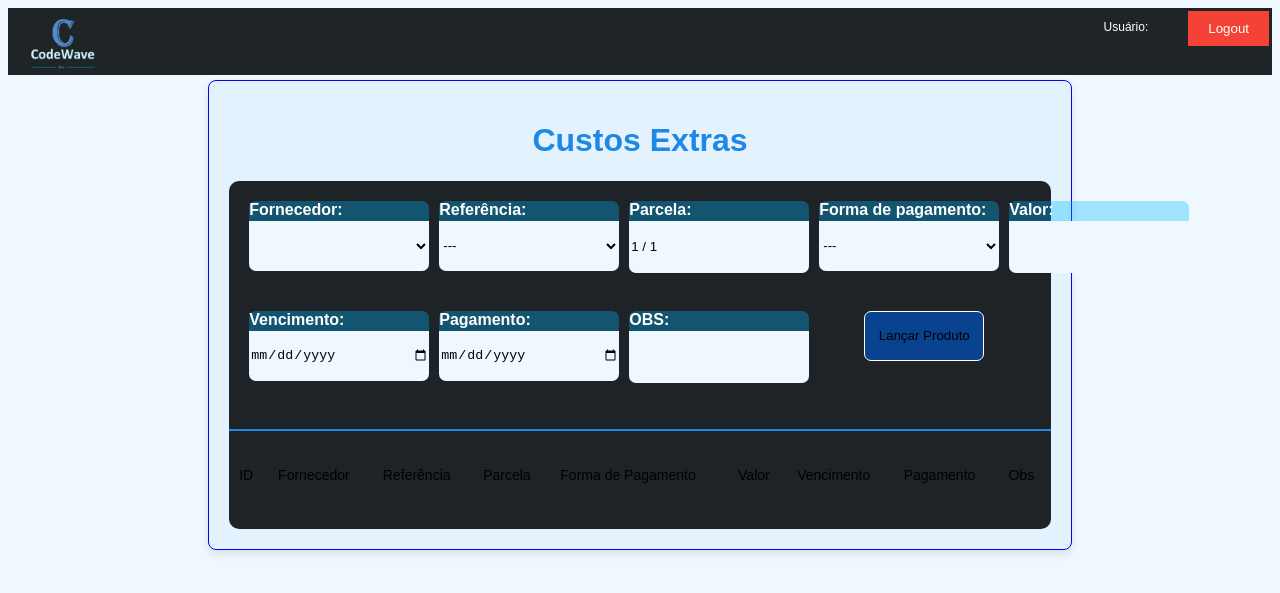
Repository: Romario-Brandao/CodeWave
Page: myproject/loja/templates/outras_despesas.html
These files come from the project's save history. The page is drawn as it stood at one moment and after the next save; the edit follows.
The browser window is 1280 px wide. The pictures show the whole page.
The template is drawn by Django 5.2. The application's start-up code is not run. Other server files are loaded and not shown. The template is opened directly, without the code that normally fills it, so the values that code supplies are empty.

Above is the page before, as saved 2025-03-01 01:31:31.

### myproject/loja/templates/outras_despesas.html
{% extends 'base.html' %} {% load static %} {% block body %}

<div class="form_fornecedor" style="width: 65%;">
  <h1>Custos Extras</h1>
  <div class="div_pai_custos_extras">
    <div style="display: flex;">
      <div class="caixas_barra_pesquisa_total">
        <h4 class="nome_caixa_item_parcelas">Fornecedor:</h4>
        <select name="fornecedor" class="caixa4">
          <option value=""></option>
          {% for item in fornecedores %}
          <option value="{{item.id}}">{{item.nome}}</option>
          {% endfor %}
        </select>
      </div>
      <div class="caixas_barra_pesquisa_total">
        <h4 class="nome_caixa_item_parcelas">Referência:</h4>
        <select name="forma_pg" class="caixa4" required>
          <option value="">---</option>
        <option value="AGUA">Água</option>
        <option value="CONTADOR">Contador</option>
        <option value="ENERGIA">Energia</option>
        <option value="INTERNET">Internet</option>
        <option value="SISTEMA ERP">Sistema ERP</option>
        <!-- <option value="ENERGIA"></option> -->
        </select>
      </div>
      <div class="caixas_barra_pesquisa_total">
        <h4 class="nome_caixa_item_parcelas">Parcela:</h4>
        <input type="text" name="parcela" class="caixa2_parcelas" value="1 / 1">
      </div>
      <div class="caixas_barra_pesquisa_total">
        <h4 class="nome_caixa_item_parcelas">Forma de pagamento:</h4>
        <select name="forma_pg" class="caixa4" required>
          <option value="">---</option>
          <option value="BOLETO">Boleto</option>
          <option value="C.CREDITO">C.Crédito</option>
          <option value="C.DEBITO">C.Débito</option>
          <option value="DINHEIRO">Dinheiro</option>
          <option value="PIX / TRANSFERENCIA">PIX / Transferência</option>
        </select>
      </div>
      <div class="caixas_barra_pesquisa_total">
        <h4 class="nome_caixa_item_parcelas">Valor:</h4>
        <input class="caixa2_parcelas" required name="valor" type="text" value="{{ valor_parcela }}" oninput="this.value=this.value.replace(/[^0-9,]/g, '').replace(/(,.*?)(,.*)/, '$1').replace(/(\d+),(\d{2})(\d.*)/, '$1,$2')">
      </div>
    </div>
    <div style="display: flex;">
      <div class="caixas_barra_pesquisa_total">
        <h4 class="nome_caixa_item_parcelas">Vencimento:</h4>
        <input class="caixa2_parcelas widht_data" required name="vencimento" type="date">
      </div>
      <div class="caixas_barra_pesquisa_total">
        <h4 class="nome_caixa_item_parcelas">Pagamento:</h4>
        <input class="caixa2_parcelas widht_data" name="pagamento" type="date"
        name="vencimento">
      </div>
      <div class="caixas_barra_pesquisa_total">
        <h4 class="nome_caixa_item_parcelas">OBS:</h4>
        <input class="caixa2_parcelas" type="text" name="obs"
        name="obs">
      </div>
      <div class="caixa_botoes">
        <input class="butao_servico" type="submit" name="acao" value="Lançar Produto">
      </div>
    </div>
    <hr>
    <br>
    <table>
      <tbody>
        <tr>
          <td>ID</td>
          <td>Fornecedor</td>
          <td>Referência</td>
          <td>Parcela</td>
          <td>Forma de Pagamento</td>
          <td>Valor</td>
          <td>Vencimento</td>
          <td>Pagamento</td>
          <td>Obs</td>
        </tr>
      </tbody>
    </table>
    <br><br>
  </div>
</div>


{% endblock %}

### myproject/loja/templates/base.html
{% load static %}
<!DOCTYPE html>
<html lang="pt-br">
  <head>
    <meta charset="UTF-8" />
    <meta name="viewport" content="width=device-width, initial-scale=1.0" />
    <title>"NOME DA EMPRESA"</title>
    <link rel="stylesheet" type="text/css" href="{% static 'css/main.css' %}" />
    <link rel="preconnect" href="https://fonts.googleapis.com" />
    <link rel="preconnect" href="https://fonts.gstatic.com" crossorigin />

    <link
      href="https://fonts.googleapis.com/css2?family=Inter:wght@400;700&display=swap"
      rel="stylesheet"
    />
  </head>
  <body>
    <div class="espaco_logo">
      <a class="imagem_logo" href="{% url 'menu' %}">
        <img src="{% static 'imagens/logo.jpeg' %}" alt="Logo" width="70px" />

        <!-- <img src="static/imagens/logo.jpeg" alt="Logo" width="70px" /> -->
      </a>
      <p class="nome_do_usuario">Usuário: {{ nome_usuario }}</p>
      <form method="POST" action="{% url 'logout' %}">
        {% csrf_token %}
        <button class="btn-logout" type="submit">Logout</button>
      </form>
    </div>

    {% block body %} {% endblock %}
  </body>
  <script>
    function applyPhoneMask(input) {
        // Remove tudo que não é número
        let value = input.value.replace(/\D/g, '');

        // Aplica a máscara (00) 0 0000-0000
        value = value.replace(/^(\d{2})(\d)/, '($1) $2');    // Coloca os parênteses e espaço
        value = value.replace(/(\d{1})(\d{4})(\d{4})$/, '$1 $2-$3'); // Coloca o espaço e traço

        // Atualiza o valor do campo
        input.value = value;
    }
  </script>
  <script>
    let isSubmitting = false;

    function preventMultipleSubmissions(form) {
      if (isSubmitting) {
        alert("O formulário já está sendo enviado. Aguarde...");
        return false;
      }
      isSubmitting = true;
      return true;
    }
  </script>
</html>

### myproject/static/css/main.css
.body_caixa {
  background-color: #09428e;
  background-color: rgba(1, 5, 8, 0.871);
  width: 1450px;
  height: 100%;
  margin: 50px 0 0 60px;
}

.caixa,
.sub_valor,
.forma_pg_valor {
  background-color: rgb(255, 255, 255);
}

.nome_caixa_item,
.nome_caixa_pg,
.titulos_lista_produtos,
.sub,
.forma_pg {
  color: rgb(255, 255, 255);
  background-color: rgba(0, 183, 255, 0.336);
}

/*  */
.cabecalho {
  background-color: blue;
  color: white;
  /* Adicione esta linha se quiser que o texto dentro do cabeçalho fique branco */
  padding: 2px;
  /* Adicione algum preenchimento para melhorar a aparência */
  display: flex;
}

.ferramentas {
  height: 83px;
  width: 200px;
  margin: 0 0 0 400px;
}

/*  */

.barra_pesquisa {
  display: flex;
  padding: 0 0 0 -10px;
}

/*  */
/*  */

.item_ferramenta {
  margin: 10px 0 0 0;
  background-color: blue;
  border-radius: 3px;
  text-align: center;
  height: 50px;
  width: 100px;
  border-radius: 7px;
  border: 1px solid black;
  color: aliceblue;
}

/*  */

.caixa_item {
  margin: 0 0 0 20px;
}

.caixa_item_compra {
  margin: 0 0 0 40px;
}

.caixa_item1 {
  margin: 0 0 0 0;
}

.sub_pg {
  display: flex;
}

.nome_caixa_item {
  border-radius: 7px 7px 0 0;
  height: 20px;
  width: 250px;
  margin: 0;
}

.caixa1 {
  border: 0;
  width: 250px;
  height: 50px;
  border-radius: 0 0 7px 7px;
  background-color: aliceblue;
  margin-top: 0;
}



.caixa_data {
  border: 0;
  width: 249px;
  height: 50px;
  border-radius: 0 0 7px 7px;
  background-color: aliceblue;
  margin-top: 0;
}

.caixa2 {
  border: 0;
  width: 246px;
  height: 50px;
  border-radius: 0 0 7px 7px;
  background-color: aliceblue;
  margin-top: 0;
}

.tamanho_cod_produto {
  width: 126px;
  height: 49px;
  margin: 0 20px 0 0;
}

.tamanho_cod_produto2 {
  width: 130px;
  margin: 0 20px 0 0;
}

.tamanho_cod_produto3 {
  margin: 0 -70px 0 80px;
}

.caixas_barra_pesquisa {
  width: 200px;
  height: 100px;
  margin: 0 0 10px 75px;
  border: 0;
}

.caixas_barra_pesquisa2 {
  width: 200px;
  height: 100px;
  margin: 0 0 10px 40px;
  border: 0;
}

.caixas_barra_pesquisa_excuir {
  width: 215px;
  height: 100px;
  margin: 0 60px 0 10px;
  border: 0;
}

.espacamento_caixa_excluir_compra {
  margin-left: 430px;
}

.caixa_botoes {
  margin: 0 0 0 70px;
}

.botao_caixa {
  width: 70px;
  height: 50px;
  border: 1px solid blue;
  margin: 0 0 0 10px;
  background-color: rgb(25, 0, 255);
  border-radius: 7px;
  color: #ffffff;
}

/*  */

.tela_principal {
  display: flex;
}

/*  */

.caixa_item_2 {
  margin: 0 10px 20px 0;
}

.caixa_item_3 {
  margin: 0 0 20px 70px;
}

.excluir_item {
  margin: 20px 0 0 7px;
}

.excluir_item {
  margin: 20px 0 0 70px;
}

.titulos_lista_produtos {
  background-color: rgba(0, 17, 255, 0.596);
  /* text-align: justify; */
  text-align: center;
  height: 20px;
  width: 100%;
  margin: 0;
  border-radius: 5px 5px 0 0;
}

.resumo_caixa {
  border-radius: 7px;
  margin: 0 0 0 5px;
  width: 990px;
  height: 343px;
  background-color: rgb(255, 255, 255);
  overflow-y: auto;
}

.resumo_caixa2 {
  margin: 0 0 0 -780px;
}

.resumo_caixa3 {
  border-radius: 7px;
  margin: 0 0 0 5px;
  width: 830px;
  height: 343px;
  background-color: rgb(255, 255, 255);
  overflow-y: auto;
}

.div_excluir_servico {
  display: flex;
  margin: 0 0 0 600px;
}

.sub {
  width: 290px;
  margin: 21px 10px 0 620px;
  border-radius: 7px 7px 0 0;
}

.sub_valor {
  width: 290px;
  height: 49px;
  margin: 0 10px 0 620px;
  border-radius: 0 0 7px 7px;
}

.forma_pg {
  width: 290px;
  margin: 21px 10px 0 10px;
  border-radius: 7px 7px 0 0;
}

.forma_pg_valor {
  width: 290px;
  height: 49px;
  margin: 0 80px 0 10px;
  border-radius: 0 0 7px 7px;
}

.butao_excluir_servico {
  width: 120px;
  height: 50px;
  border-radius: 7px;
  background-color: #8e091b;
  border: 1px solid white;
}

.butao_excluir_servico:hover {
  background-color: #be0b0bd2;
  border: none;
  color: white;
  cursor: pointer;
}

.finalizar_compra {
  margin: 0 0 0 10px;
}

.butao_excluir_servico1 {
  margin: 0 0 0 20px;
}

.butao_servico {
  width: 120px;
  height: 50px;
  border-radius: 7px;
  background-color: #09428e;
  border: 1px solid white;
}

.butao_servico:hover {
  background-color: #0b59be;
  border: none;
  color: white;
  cursor: pointer;
}

.botao_cadastrar_produtos,
.botao_laterar_produtos {
  display: flex;
}

.botao_adicionar {
  margin: 20px 0 0 20px;
  height: 35px;
}

.titulo_cadastro {
  display: flex;
}

tbody th {
  font-weight: normal;
  /* Remove o negrito */
  font-family: Arial, sans-serif;
  /* Altere para a fonte desejada */
  font-size: 14px;
}

.cabec_rel_prod {
  /* font-weight: normal; */
  /* Remove o negrito */
  font-family: Arial, sans-serif;
  /* Altere para a fonte desejada */
  font-size: 13px;
}

.font_rel_est {
  font-weight: normal;
  /* Caso existam células <td>, remova o negrito também */
  font-family: Arial, sans-serif;
  /* Altere para a fonte desejada */
  font-size: 11px;
}

tbody td {
  font-weight: normal;
  /* Caso existam células <td>, remova o negrito também */
  font-family: Arial, sans-serif;
  /* Altere para a fonte desejada */
  font-size: 14px;
}

table {
  width: 100%;
  border-collapse: collapse;
}

th,
td {
  /* border: 1px solid black;
  padding: 8px; */
  text-align: left;
}

tr:nth-child(even) {
  background-color: #add8e6;
  /* Cor azul claro */
}

.bloco_filtro {
  margin: 0 50px 20px 10px;
  border-left: 1px solid rgb(248, 3, 3);
}

.itens_bloco_filtro {
  margin: 0 0 0 10px;
}

.bloco_cad_prod,
.bloco_alt_prod {
  border: 1px solid blue;
  height: 400px;
  width: 500px;
  padding: 20px;
  margin: 0 20px 0 0;
  border-radius: 7px;
}

.tabela {
  margin-bottom: 0;
}

body {
  font-family: Arial, sans-serif;
  background-color: #f0f8ff;
}

.form_fornecedor {
  width: 50%;
  margin: auto;
  border: 1px solid blue;
  background-color: #e3f2fd;
  border-radius: 8px;
  padding: 20px;
  box-shadow: 0px 4px 8px rgba(0, 0, 0, 0.1);
}

h1 {
  text-align: center;
  color: #1e88e5;
}

hr {
  border: 1px solid #1e88e5;
}

.table_fornecedor {
  width: 100%;
  margin-bottom: 20px;
  border-spacing: 10px;
  /* Espaço entre células */
}

td {
  padding: 10px;
}

.label_for {
  font-weight: bold;
  color: #1565c0;
}

.input_cad_cli_for {
  width: 500px;
  padding: 10px;
  border: 1px solid #64b5f6;
  border-radius: 4px;
  background-color: #ffffff;
  font-size: 14px;
}

.input_cad_cli_for_select {
  width: 523px;
}

textarea.input_cad_cli_for {
  resize: none;
}

.input_cad_cli_for:focus {
  border-color: #1e88e5;
  outline: none;
}

.btn_submit_for {
  background-color: #1e88e5;
  color: white;
  padding: 10px 20px;
  border: none;
  border-radius: 4px;
  cursor: pointer;
  display: block;
  margin: 20px auto;
}

.btn_submit_for:hover {
  background-color: #1565c0;
}

.quant_vend_ult_d {
  border: 0;
  font-weight: bold;
  font-size: 12px;
  background-color: None;
}

.finalizar_excluir_item_compra {
  margin: -30px 0 0 585px;
}

.espaco_logo {
  display: flex;
  background-color: rgba(1, 5, 8, 0.871);
  width: 100%;
  margin: 0 0 5px 0;
}

.imagem_logo {
  margin: 0 0 0 20px;
}

.nome_do_usuario {
  /* align-items: end; */
  color: #ffffff;
  margin-left: auto;
  padding: 0 40px 0 0;
  font-size: 12px;
}

.menu {
  border: 1px solid black;
  border-radius: 7px;
  align-items: baseline;
  height: 560px;
  width: 400px;
  margin: 60px 0 0 200px;
  padding: 20px 10px 0 20px;
  background-color: rgba(1, 5, 8, 0.871);

}

.menu2 {
  max-height: 480px;
  /* Define a altura máxima para a div menu2 */
  overflow-y: auto;
  /* Ativa a barra de rolagem vertical apenas para menu2 */
  scrollbar-width: none;
  /* Remove a barra visível no Firefox */
  -ms-overflow-style: none;
  /* Remove a barra no IE e Edge */
}

.menu2::-webkit-scrollbar {
  display: none;
  /* Remove a barra de rolagem nos navegadores WebKit */
}

.link_menu {
  text-decoration: none;
  color: #ffffff;
  display: inline-block;
  /* Permite que o background preencha o espaço */
  transition: background-color 0.2s;
  /* Suaviza a transição de cor */
  width: 100%;
  height: 30px;
  /* padding: 1px 0 0 2px; */
}

.link_menu:hover,
a:active,
a:focus {
  text-decoration: none;
  /* Mantém o sublinhado removido mesmo ao passar o mouse ou focar */
  color: inherit;
  /* Mantém a cor ao passar o mouse ou focar */
}

.link_menu:hover {
  background-color: #ffffff;
  /* Define a cor de fundo ao passar o mouse */
  border-radius: 5px;
}

.resumo_contas_pag_rec {
  border-right: 1px solid red;
  margin: 0 10px 0 0;
  padding: 0 10px 0 0;
}

.btn-logout {
  background-color: #f44336;
  color: white;
  border: none;
  padding: 10px 20px;
  cursor: pointer;
  margin: 3px 3px 0 0;
}

.btn-logout:hover {
  background-color: #d32f2f;
}

.body {
  text-align: center;
  /* background: linear-gradient(to bottom, rgb(0, 217, 255) 50%, rgb(17, 0, 255) 100%); */
  background: linear-gradient(to bottom, #011b4d 40%, #f70202 190%);
  /* background: linear-gradient(to bottom, #001845 50%, #000 100%); */
  overflow: hidden;
  height: 100vh;
  margin: 0;
  position: relative;
}

.login {
  border: solid 3px rgb(248, 61, 4);
  margin: 60px 0 200px 200px;
  padding: 50px;
  border-radius: 20px;
  width: 300px;
  text-align: left;
  color: white;
}

.login h1 {
  color: rgb(3, 248, 3);
  /* Define a cor verde clara para o título "Login" */
}

.login,
.input_login,
.hr_login {
  margin-bottom: 20px;
  /* Adiciona espaçamento abaixo do <hr> */
}

.titulo {
  text-align: center;
}

.label_login {
  display: block;
  /* Garante que o rótulo ocupe uma linha inteira */
  margin-top: 10px;
  /* Adiciona espaço acima dos rótulos */
}

.caixa_login {
  width: calc(100% - 22px);
  /* Adapta a largura ao container com 10px de padding e 1px de borda de cada lado */
  padding: 10px;
  border: 1px solid #ccc;
  /* Cor e espessura da borda */
  border-radius: 5px;
  /* Cantos arredondados */
  box-sizing: border-box;
  /* Inclui padding e borda na largura total */
}

.botao_login {
  background-color: rgb(0, 0, 255);
  /* Cor de fundo do botão */
  border: none;
  /* Remove a borda padrão */
  color: black;
  /* Cor do texto */
  padding: 10px 20px;
  /* Espaçamento interno */
  text-align: center;
  /* Centraliza o texto */
  text-decoration: none;
  /* Remove sublinhado */
  display: inline-block;
  /* Permite a definição de padding e margin */
  font-size: 16px;
  /* Tamanho da fonte */
  margin-top: 10px;
  /* Espaçamento superior */
  border-radius: 5px;
  /* Cantos arredondados */
  cursor: pointer;
  /* Cursor de mãozinha ao passar o mouse */
  transition: background-color 0.3s ease;
  /* Transição suave para mudança de cor */
}

.botao_login:hover {
  background-color: DarkBlue;
  /* Cor de fundo ao passar o mouse */
  color: #ccc;
}

.input_login {
  margin: 20px 0 20px 0;
  border: 1px solid #001845;
  border-radius: 7px;
  height: 30px;
  width: 100%;
}

.caixa_div_produto {
  margin: 30px 0 20px 0;
  display: flex;
}

.produto_cadastro {
  margin: 0 0 0 60px;
}

.label_uni_med {
  margin: 0 0 0 47px;
}

.tr_cad_produtos {
  width: 25%;
}

.bloco_filtro_dashboard {
  margin: 10px 0 0 15px;
}

.filtro_dashboard_anos {
  display: flex;
}

.caixas_barra_pesquisa3 {
  width: 300px;
}

.caixa3,
.nome_caixa_item3 {
  width: 355px;
}

.butao_servico {
  margin: 0 0 0 -5px;
}

.caixas_barra_pesquisa_total {
  width: 120px;
  height: 100px;
  margin: 0 50px 10px 20px;
  border: 0;
  gap: 30px;
}

.nome_caixa_item_parcelas {
  color: rgb(255, 255, 255);
  background-color: rgba(0, 183, 255, 0.336);
  border-radius: 7px 7px 0 0;
  height: 20px;
  width: 180px;
  margin: 0;
}

.caixa2_parcelas {
  border: 0;
  width: 146.5%;
  height: 50px;
  border-radius: 0 0 7px 7px;
  background-color: aliceblue;
  margin-top: 0;
}

.button_fechamento {
  height: 70%;
  width: 120%;
  background-color: rgba(0, 128, 0, 0.281);
  border-radius: 7px;
  border: 1px solid white;
}

.button_fechamento:hover {
  background-color: rgba(0, 128, 0, 0.788);
  border: none;
  color: white;
  cursor: pointer;
}

.caixa4 {
  border: 0;
  width: 180px;
  height: 50px;
  border-radius: 0 0 7px 7px;
  background-color: aliceblue;
  margin-top: 0;
}

.td_contas {
  padding: 0;
  margin: 0;
  text-align: right;
}


.nome_caixa_item2 {
  width: 120px;
}

.input_caixa_item2 {
  width: 116px;
}

.table-container {
  max-height: 300px;
  /* Altura máxima da tabela */
  overflow-y: auto;
  /* Habilita rolagem vertical */
}

.table-fixa th {
  position: sticky;
  /* Torna os cabeçalhos fixos */
  top: 0;
  /* Fixa no topo durante a rolagem */
  background-color: #f9f9f9;
  /* Cor de fundo do cabeçalho */
  z-index: 2;
  /* Garante que o cabeçalho fique acima das células */
}

.widht_data {
  width: 179px;
}

.hr_parcela {
  width: 50%;
  margin-left: 20px;
  height: 0.10px;
  background-color: yellow;
  border: none;
}


.menu_relatorio {
  display: none;
  position: absolute;
  /* Permite que o menu seja posicionado sobre outros elementos */
  background-color: rgba(1, 5, 8, 0.871);
  width: 300%;
  padding: 10px;
  z-index: 10;
  /* Garante que o menu esteja acima de outros elementos */
}

.barra_menu_relatorio {
  position: relative;
  /* Necessário para que o menu seja posicionado relativo a este elemento */
  width: 100%;
}

.barra_menu_relatorio:hover .menu_relatorio {
  display: block;
  left: 100px;
  /* margin: 0 0 0 50%; */
}



.form_fornecedor_relatorio {
  width: 95%;
}

.checkbox-container {
  width: 100px;
  display: grid;
  grid-template-columns: repeat(3, 1fr);
  /* Três colunas */
  gap: 10px;
  /* Espaçamento entre os itens */
  align-items: center;
  /* Alinha verticalmente os elementos */
}


.checkbox_folha {
  display: flex;
  justify-content: space-between;
}

.input_folha {
  width: 80px;
  border-radius: 3px;
}

#listaProdutos,
#listaServicos {
  position: absolute;
  display: none;
  width: 400px;
  height: 220px;
  overflow-y: auto;
  border: 2px solid #00000065;
  border-radius: 10px;
  padding: 5px;
  margin-top: 5px;
  background-color: white;
  color: #333;
  outline: none;
  z-index: 10;
}

#listaProdutos option:hover,
#listaServicos option:hover {
  background-color: #5490cf8c;
  color: rgb(48, 45, 45);
}

.div_pai_custos_extras {
  padding-top: 20px;
  background-color: rgba(1, 5, 8, 0.871);
  border-radius: 10px;

}

After the next save:
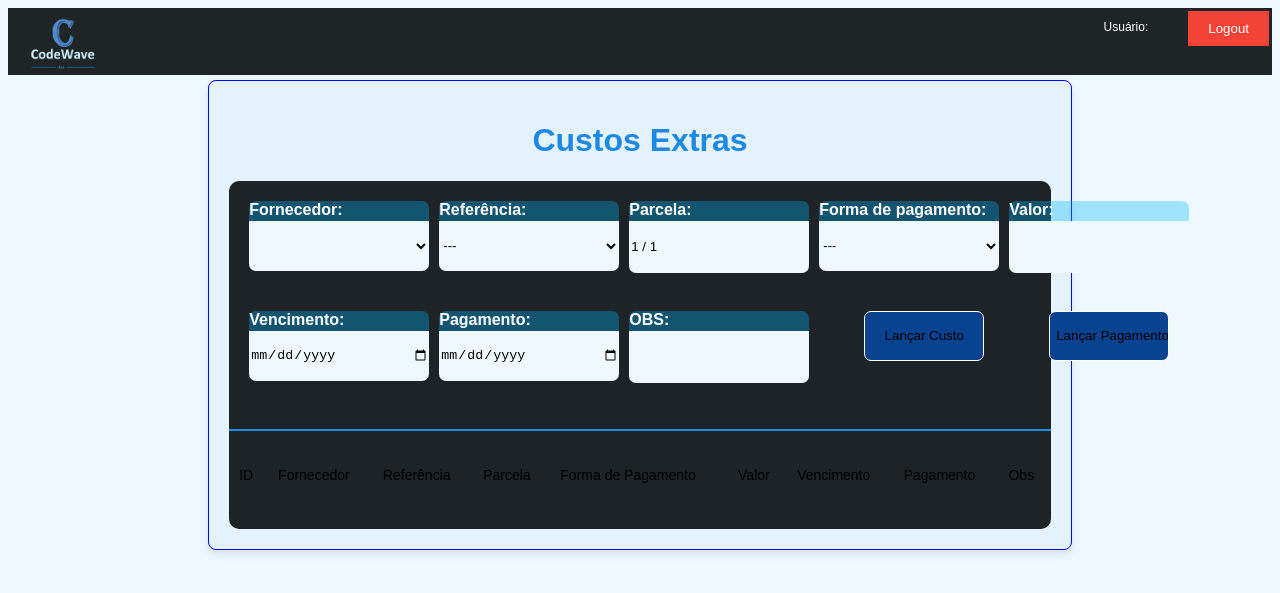
Saved 24 s later.
--- a/myproject/loja/templates/outras_despesas.html
+++ b/myproject/loja/templates/outras_despesas.html
@@ -61,7 +61,10 @@
         name="obs">
       </div>
       <div class="caixa_botoes">
-        <input class="butao_servico" type="submit" name="acao" value="Lançar Produto">
+        <input class="butao_servico" type="submit" name="acao" value="Lançar Custo">
+      </div>
+      <div class="caixa_botoes">
+        <input class="butao_servico" type="submit" name="acao" value="Lançar Pagamento">
       </div>
     </div>
     <hr>
